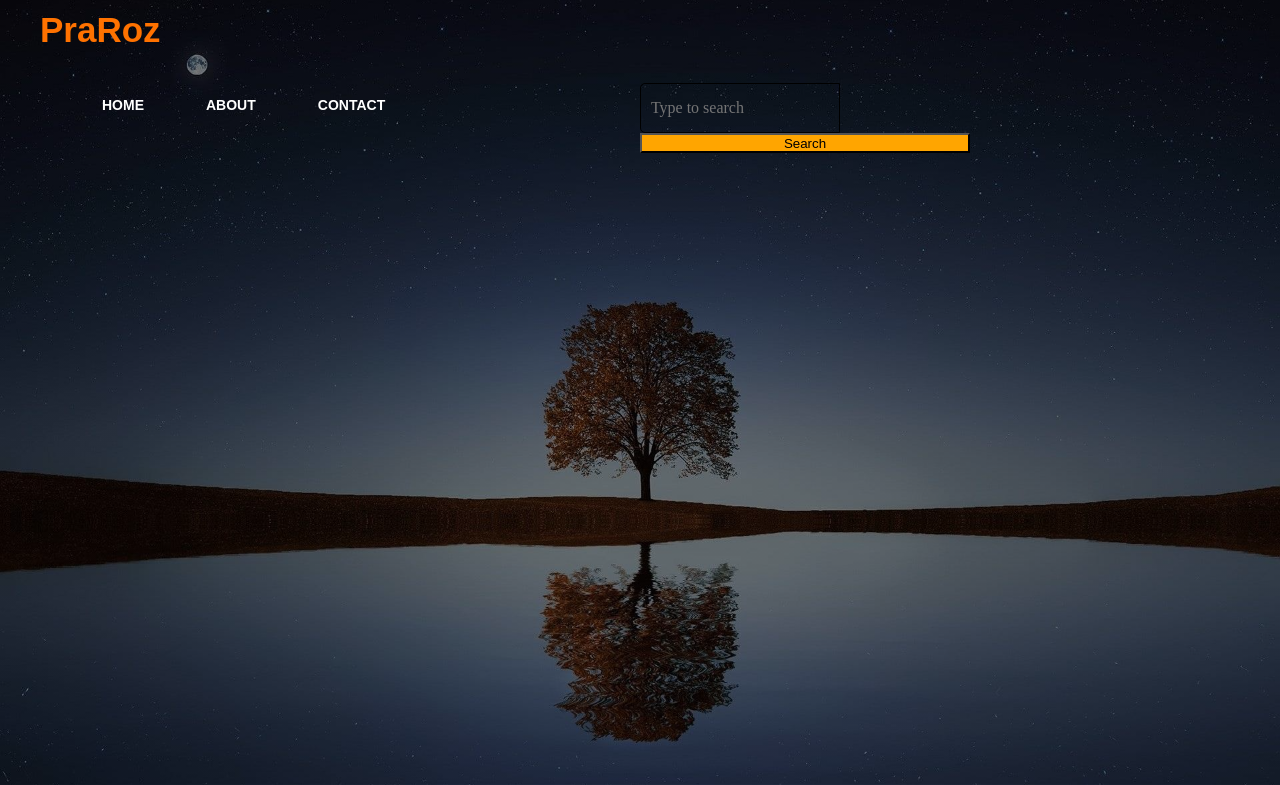
Repository: Cedrqmwesigwa/web-design-course
Page: index.html
The author's editor kept a copy of each file at every save. The page is drawn from the files as they stood at one save, then again after the next save.
The browser window is 1280 px wide. The pictures show the whole page.

Above is the page before, as saved 2024-04-03 20:03:21.

### index.html
<!DOCTYPE html>
<html lang="en">
<head>
    <title>My Website</title>
    <link rel="stylesheet" href="style.css"/>
</head>
<body>
    <div class="main">
        <div class="navbar">
            <div class="icon">
                <h2 class="logo">PraRoz</h2>
            </div>
            <div class="menu">
                <ul>
                    <li><a href="#">HOME</a></li>
                    <li><a href="#">ABOUT</a></li>
                    <li><a href="#">CONTACT</a></li>
                </ul>
            </div>
            <div class="search">
                <input type="search" class="srch" name="" placeholder="Type to search">
                <a href="#"><button class="btn">Search</button></a>
            </i></div>
        </div>
    </div>


</body>
</html>

### style.css
*{
    margin: 0;
    padding: 0;
}

.main{
    width: 100% ;
    background: linear-gradient(to top, rgba(0,0,0,0.5)50%, rgba(0, 0, 0, 0.5)50%), url(1.jpg);
    background-position: center;
    background-size: cover;
    height: 109vh;
}

.navbar{
    width: 1200px;
    height: 75px;
    margin:  auto;
}

.icon{
    width: 200px;
    font: left;
    height: 70px;
}

.logo {
    color: #ff7200;
    font-size: 35px;
    font-family: Arial;
    float: left;
    padding-top: 10px;
}

.menu{
    width: 400px;
    float: left;
    height: 70px;
}

ul{
    float: left;
    display: flex;
    justify-content: center;
    align-items: center;
}

ul li{
    list-style: none;
    margin-left: 62px;
    margin-top: 27px;
    font-size: 14px;
}

ul li a{
    text-decoration: none;
    color: white;
    font-family: Arial;
    font-weight: bold;
    transition: .4 ease-in-out;
}

ul li a:hover{
    color:#ff7200
}

.search{
    width: 330px;
    float: left;
    margin-left: 200px;
}

.srch{
    font-family: "Times New Roman";
    width: 200px;
    height: 50px;
    padding: 3%;
    background: transparent;
    border-top: 5px;
    border-bottom-left-radius: 5px;
    border-top-left-radius: 5px;
    font-size: 16px;
    color: white;
    margin-top:13px;
    border: 1px solid  #000;
}

.btn{
    width:100%;
    height: 20px;
    background: orange;

}

After the next save:
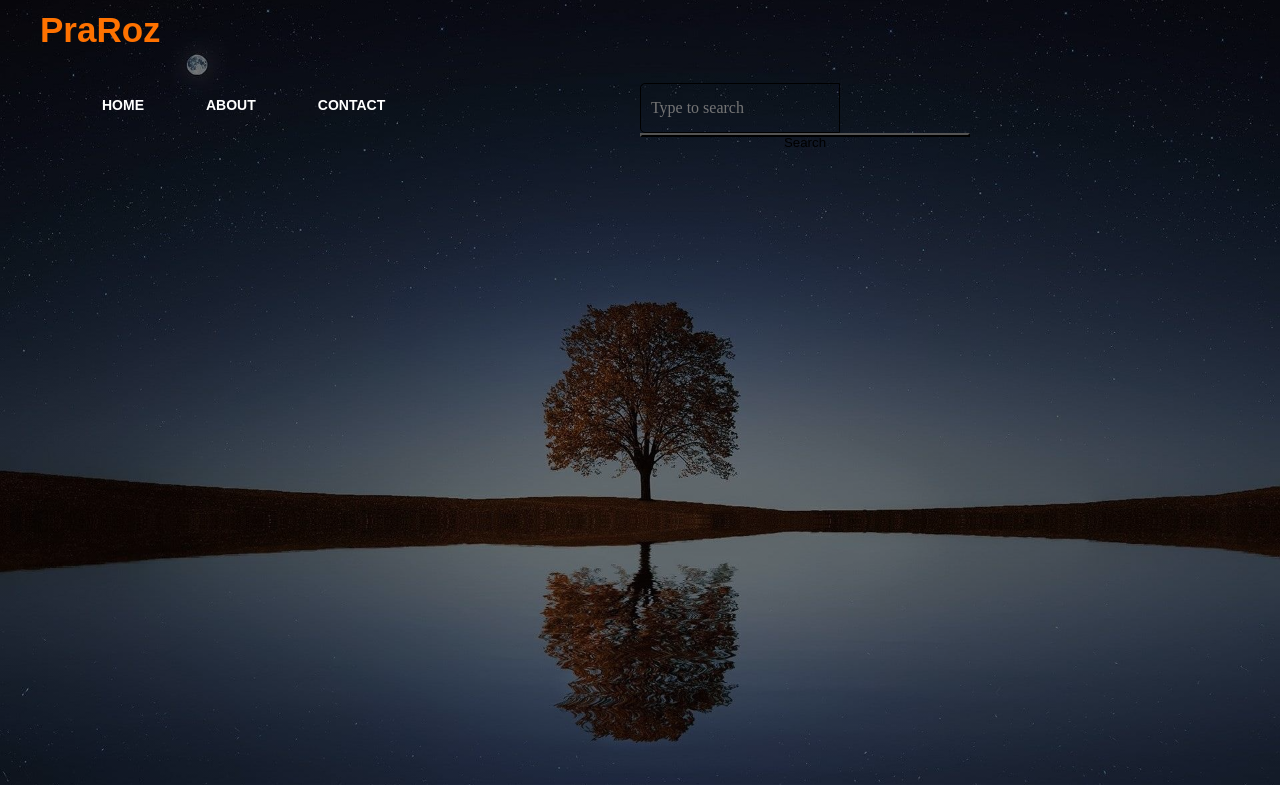
Saved 9 s later.
--- a/style.css
+++ b/style.css
@@ -86,7 +86,7 @@ ul li a:hover{
 
 .btn{
     width:100%;
-    height: 20px;
+    height: 0px;
     background: orange;
 
 }
